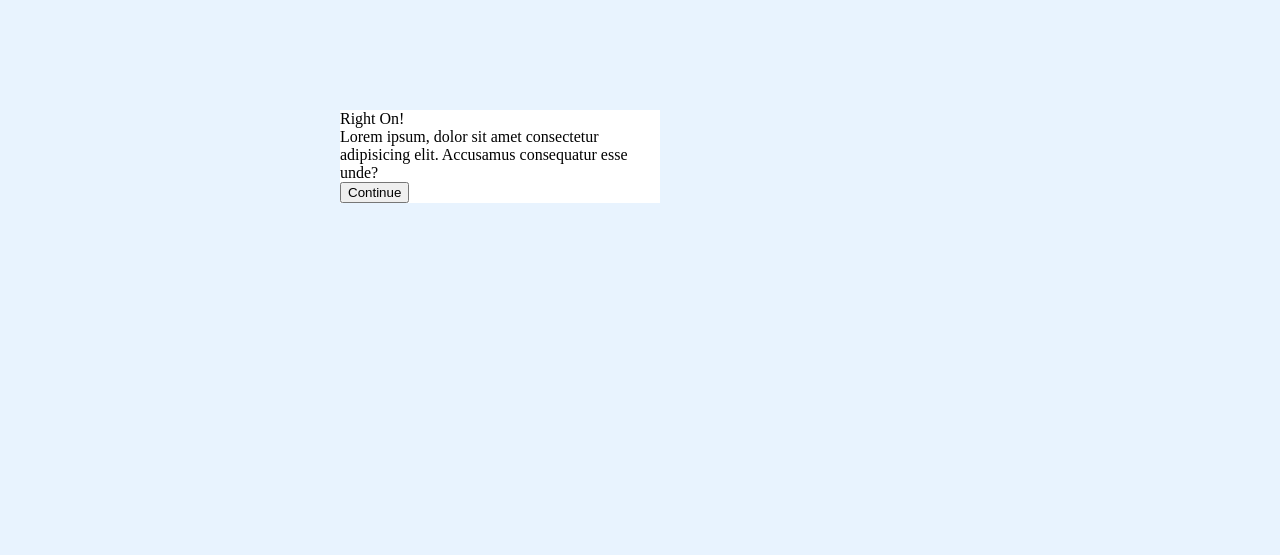
Repository: giahuy405/flash_message_BEM
Page: index.html
These files come from the project's save history. The page is drawn as it stood at one moment and after the next save; the edit follows.
The browser window is 1280 px wide. The pictures show the whole page.

Above is the page before, as saved 2022-09-06 02:08:18.

### index.html
<!DOCTYPE html>
<html lang="en">
<head>
    <meta charset="UTF-8">
    <meta http-equiv="X-UA-Compatible" content="IE=edge">
    <meta name="viewport" content="width=device-width, initial-scale=1.0">
    <title>Document</title>
    <link rel="stylesheet" href="css/index.css">
</head>
<body>
        <!--
        code về phần flash message và áp dụng BEM Block Element Modifier
        Ví dụ :
        Laptop là Block ( 1 khối lớn )

        Thì các Element ( thành phần ) sẽ là : keyboard, mouse, screen, touch-pad
        Block Element : Laptop__keyboard, Laptop__mouse....

        Modifer ( biến thể khác ) sẽ là : loại của chúng như to, nhỏ, hãng,...
        Block Modifier : Laptop--big, Laptop--small,
        Block Element Modifier : Laptop__keyboard--apple , Laptop__touch-pad--smooth,...
    -->
        <!-- Block: flash message
        Element: img, title, desc (description), button
        Modifier: primary, secondary

        Block 1 & block 2
        flash-message
        flash-message__img, flash-message__title, flash-message__desc, flash-message__button

        Block 1: flash-message__title--primary -->


        <div class="container">
            <div class="flash-message">
                <div class="flash-message__img">

                </div>
                <div class="flash-message__title">
                    Right On!
                </div>
                <div class="flash-message__desc">
                    Lorem ipsum, dolor sit amet consectetur adipisicing elit. Accusamus consequatur esse unde?
                </div>
                <button class="flash-message__button">Continue</button>
            </div>
            <div class="flash-message">

            </div>
             <div class="clear"></div>
        </div>

</body>
</html>

### css/index.css
*{
    box-sizing: border-box;
}
body{
    padding: 0;
    margin: 0;
    background-color: #e8f3fe;
}
.clear{
    clear: both;
}
.container{
    width: 50%;
    margin: 0 auto;
}
.flash-message{
    float: left;
    width: 50%;
    background-color: white;
    margin: 110px 20px;
}

After the next save:
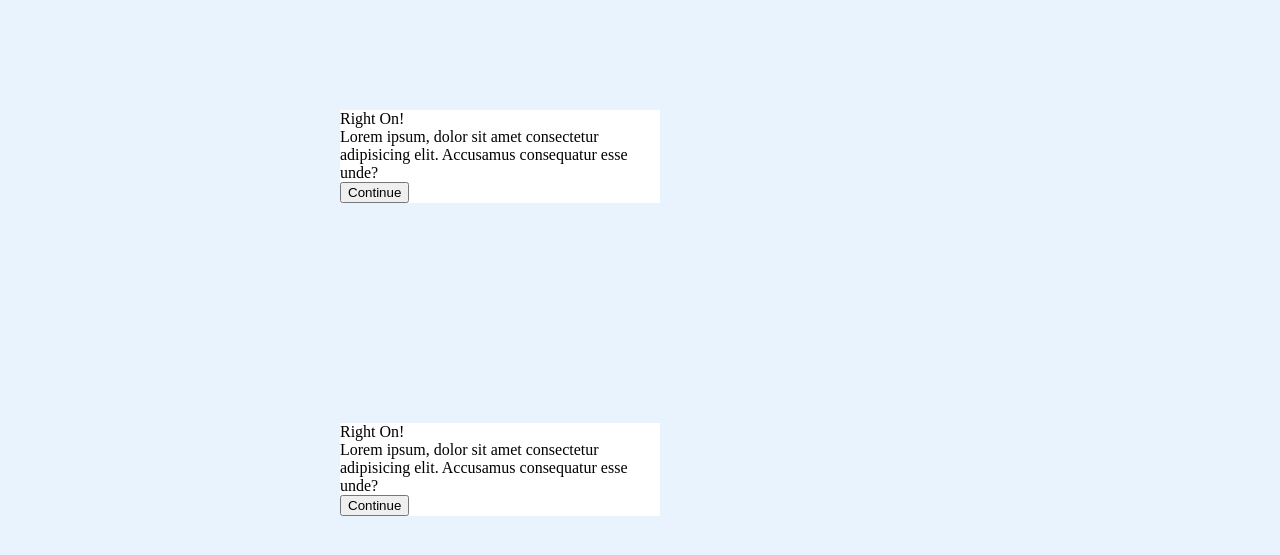
Saved 24 s later.
--- a/index.html
+++ b/index.html
@@ -45,7 +45,16 @@
                 <button class="flash-message__button">Continue</button>
             </div>
             <div class="flash-message">
+                <div class="flash-message__img">
 
+                </div>
+                <div class="flash-message__title">
+                    Right On!
+                </div>
+                <div class="flash-message__desc">
+                    Lorem ipsum, dolor sit amet consectetur adipisicing elit. Accusamus consequatur esse unde?
+                </div>
+                <button class="flash-message__button">Continue</button>
             </div>
              <div class="clear"></div>
         </div>
